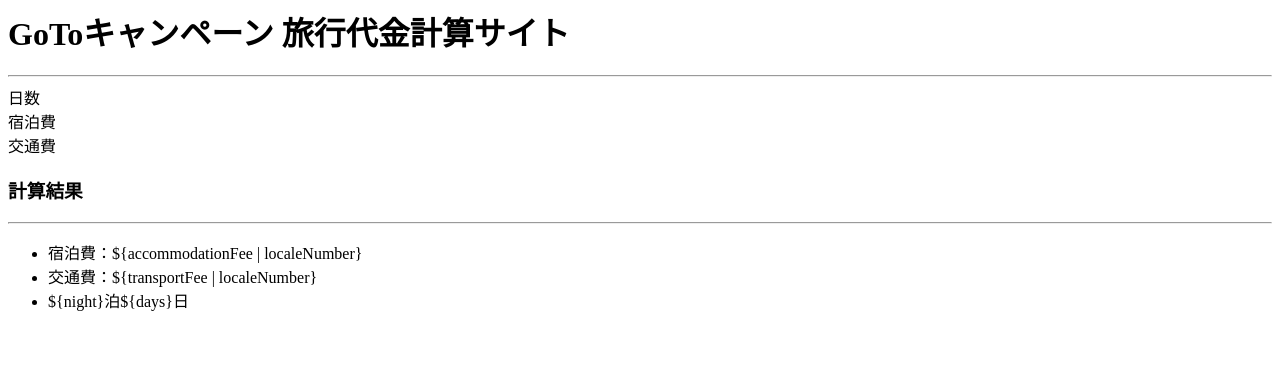
Repository: Ischca/ischca.github.io
Page: src/my-app.html
An editor plug-in stored every save of this project. The page is shown before and after the next save, followed by the edit.
The browser window is 1280 px wide. The pictures show the whole page.

Above is the page before, as saved 2020-10-02 15:51:49.

After the next save:
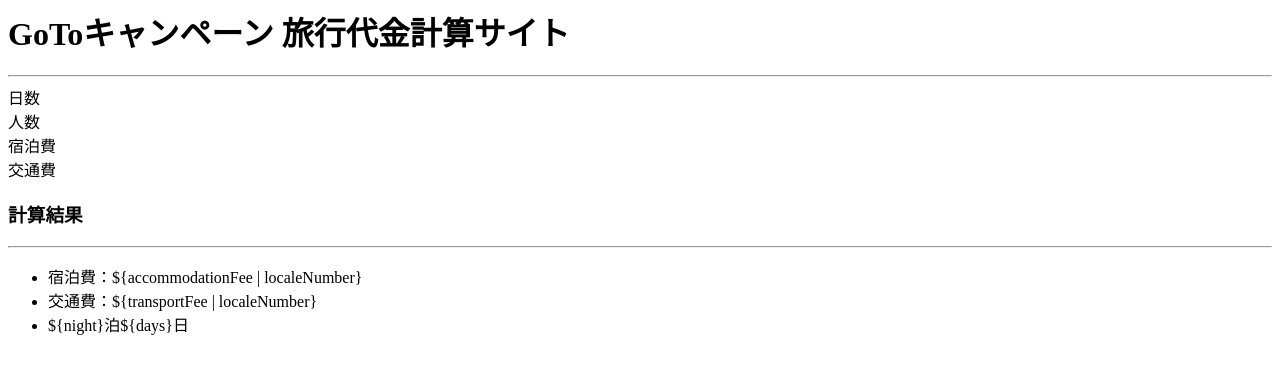
Saved 2 min 53 s later.
--- a/src/my-app.html
+++ b/src/my-app.html
@@ -14,6 +14,13 @@
 
         <div class="col-sm-2">
             <num-selector num.bind="days" suffix.bind="'日'"></num-selector>
+        </div>
+    </div>
+
+    <div class="row justify-content-center">
+        <label for="staticEmail" class="col-sm-auto col-form-label">人数</label>
+        <div class="col-sm-2">
+            <num-selector num.bind="accommodationFee" max.bind="100" suffix.bind="'人'"></num-selector>
         </div>
     </div>
 
